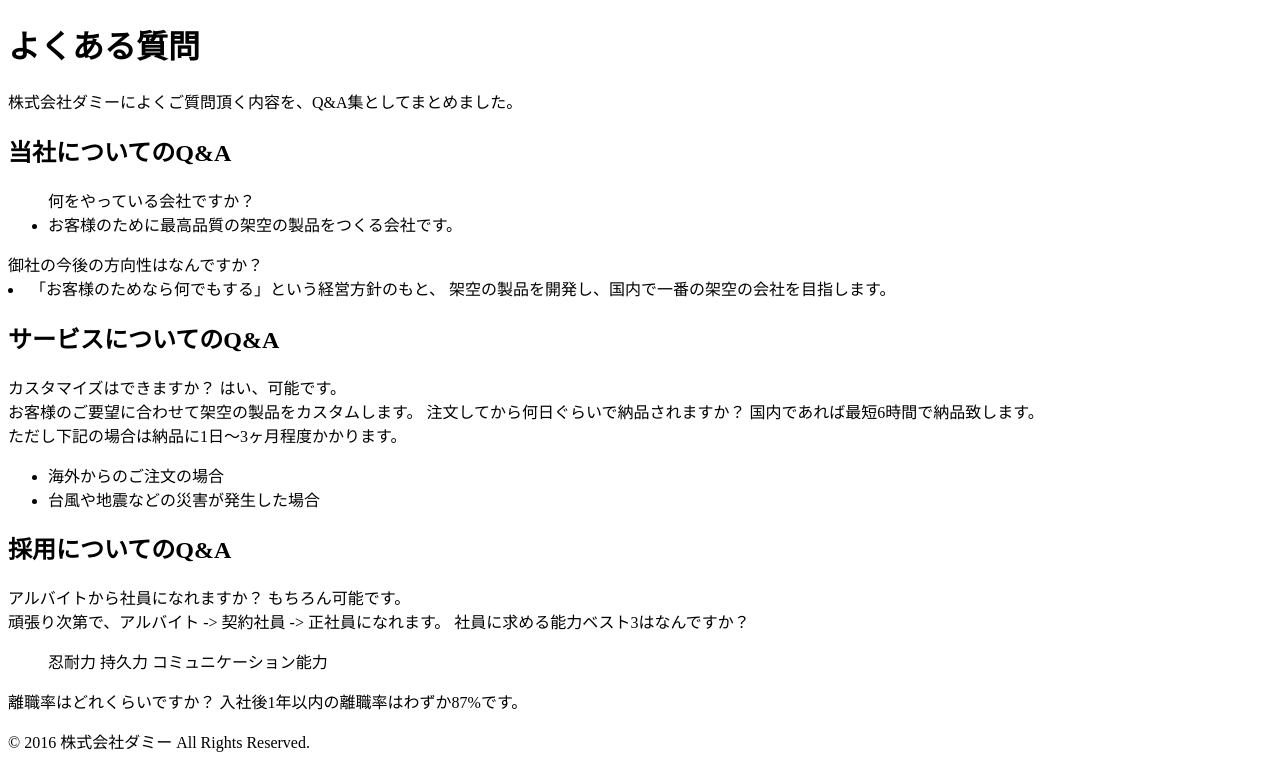
Repository: winc1980/practice-hp2022-wednesday
Page: ruka/practice1.html
The author's editor kept a copy of each file at every save. The page is drawn from the files as they stood at one save, then again after a run of saves.
The browser window is 1280 px wide. The pictures show the whole page.

Above is the page before, as saved 2022-05-26 00:10:47.

### ruka/practice1.html
<!DOCTYPE html>
<html lang="ja">
<head>
    <meta charset="UTF-8">
    <meta http-equiv="X-UA-Compatible" content="IE=edge">
    <meta name="viewport" content="width=device-width, initial-scale=1.0">
    <title>よくある質問 | 架空の株式会社ダミー</title>
</head>
<body>
    <h1>よくある質問</h1>

<p>
株式会社ダミーによくご質問頂く内容を、Q&A集としてまとめました。
</p>

<h2>当社についてのQ&A</h2>

<ul>
何をやっている会社ですか？
<li>
お客様のために最高品質の架空の製品をつくる会社です。
</li>
</ul>

御社の今後の方向性はなんですか？
<li>
「<span>お客様のためなら何でもする</span>」という経営方針のもと、
架空の製品を開発し、<span>国内で一番の架空の会社を目指します</span>。



<h2>サービスについてのQ&A</h2>

カスタマイズはできますか？
はい、可能です。<br>
お客様のご要望に合わせて架空の製品をカスタムします。


注文してから何日ぐらいで納品されますか？
国内であれば最短6時間で納品致します。<br>
ただし下記の場合は納品に1日〜3ヶ月程度かかります。
<ul>
<li>
海外からのご注文の場合
</li>
<li>
台風や地震などの災害が発生した場合
</li>
</ul>
<h2>採用についてのQ&A</h2>

アルバイトから社員になれますか？

もちろん可能です。<br>
頑張り次第で、アルバイト -> 契約社員 -> 正社員になれます。
社員に求める能力ベスト3はなんですか？
<ul>
忍耐力
持久力
コミュニケーション能力
</ul>


離職率はどれくらいですか？
入社後1年以内の離職率は<span>わずか</span>87%です。
<p>
© 2016 株式会社ダミー All Rights Reserved.
</p>
</body>
</html>

After the next 3 saves:
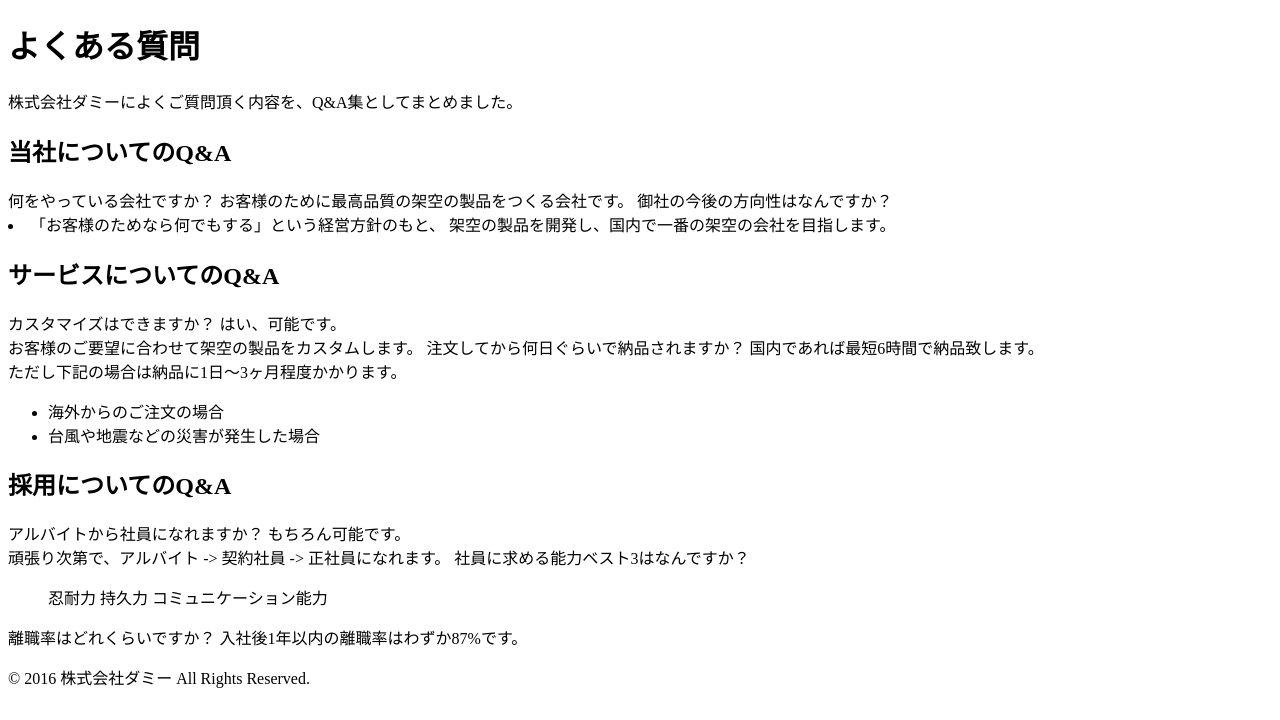
The 3 saves are shown as one change because they came seconds apart.
The last was saved 9 s later.
--- a/ruka/practice1.html
+++ b/ruka/practice1.html
@@ -15,12 +15,11 @@
 
 <h2>当社についてのQ&A</h2>
 
-<ul>
+
 何をやっている会社ですか？
-<li>
+
 お客様のために最高品質の架空の製品をつくる会社です。
-</li>
-</ul>
+
 
 御社の今後の方向性はなんですか？
 <li>
